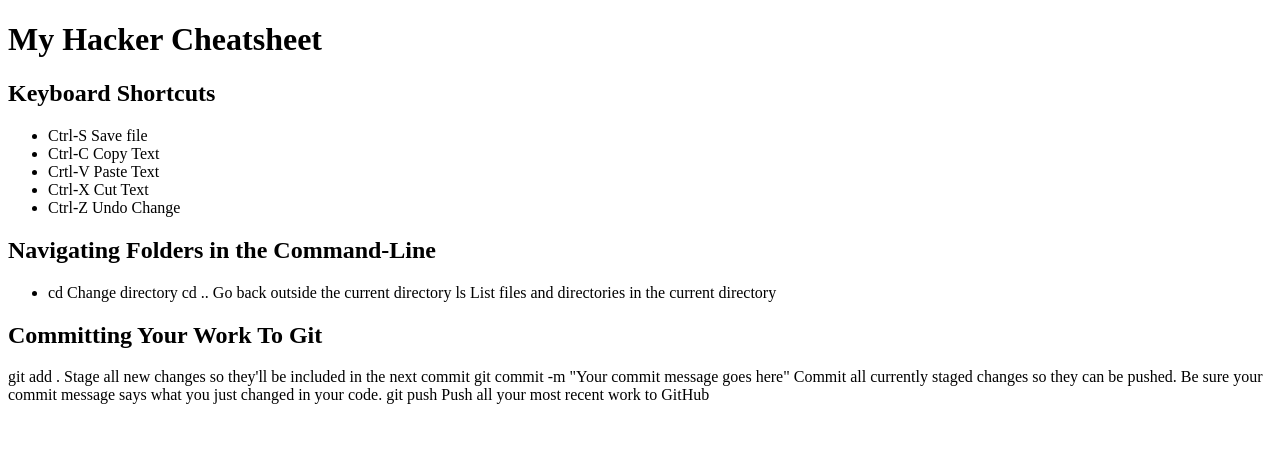
Repository: rashadberry/rashadberry.github.io
Page: Cheatsheat.html
The author's editor kept a record of every edit. The page is drawn from the files as they stood at one moment, then again after the next edit.
The browser window is 1280 px wide. The pictures show the whole page.

Above is the page before.

### Cheatsheat.html
<!DOCTYPE html>
<html>
    <head>
        <title>My Hacker Cheatsheet</title>
    </head>
    <body>
       <h1> My Hacker Cheatsheet</h1>
   <h2> Keyboard Shortcuts</h2>
        <ul>
            <li>
            Ctrl-S
            Save file
            </li>
            <li>
            Ctrl-C
            Copy Text
            </li>
            <li>
            Crtl-V
            Paste Text
            </li>
            <li>
            Ctrl-X
            Cut Text
            </li>
            <li>
            Ctrl-Z
            Undo Change
            </li>
        </ul>
    <h2>Navigating Folders in the Command-Line</h2>
        <ul>
            <li>
        cd
        Change directory

        cd ..
        Go back outside the current directory

        ls
        List files and directories in the current directory
        </ul>
   <h2> Committing Your Work To Git</h2>

        git add .
        Stage all new changes so they'll be included in the next commit

        git commit -m "Your commit message goes here"
        Commit all currently staged changes so they can be pushed. Be sure your commit message says what you just changed in your code.

        git push
        Push all your most recent work to GitHub
    </body>
</html>

After the next edit:
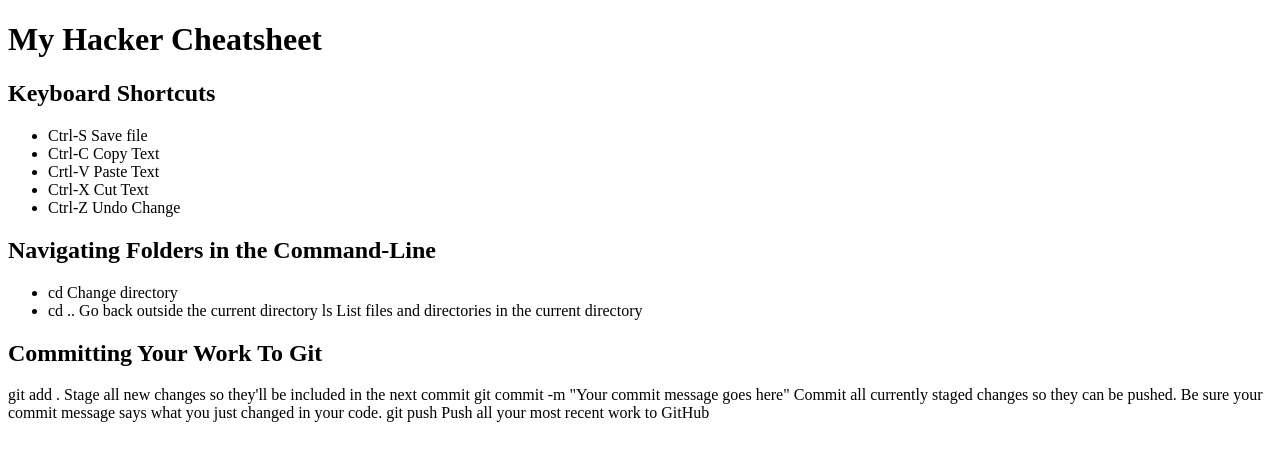
The edit:
--- a/Cheatsheat.html
+++ b/Cheatsheat.html
@@ -33,7 +33,8 @@
             <li>
         cd
         Change directory
-
+            </li>
+            <li>
         cd ..
         Go back outside the current directory
 
